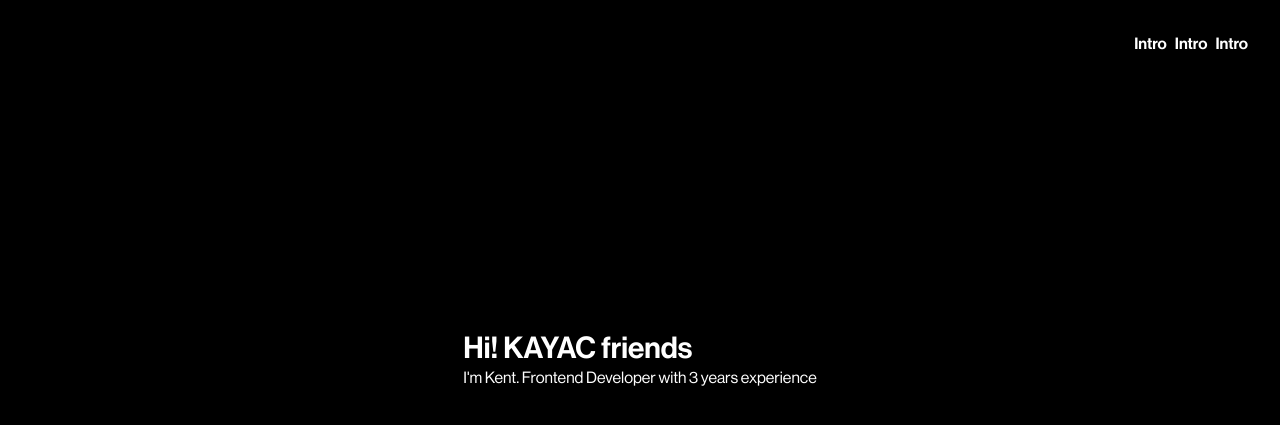
Repository: kentnathaniel/kayac-presentation
Page: /
An editor plug-in stored every save of this project. The page is shown before and after the next save, followed by the edit.
The browser window is 1280 px wide. The pictures show the whole page.
The project was rebuilt for these pictures with package versions that can differ from the ones it lists, and the page was loaded fresh each time. Also part of the build but not shown: vite.config.ts.

Above is the page before, as saved 2024-09-14 09:06:04.

After the next save:
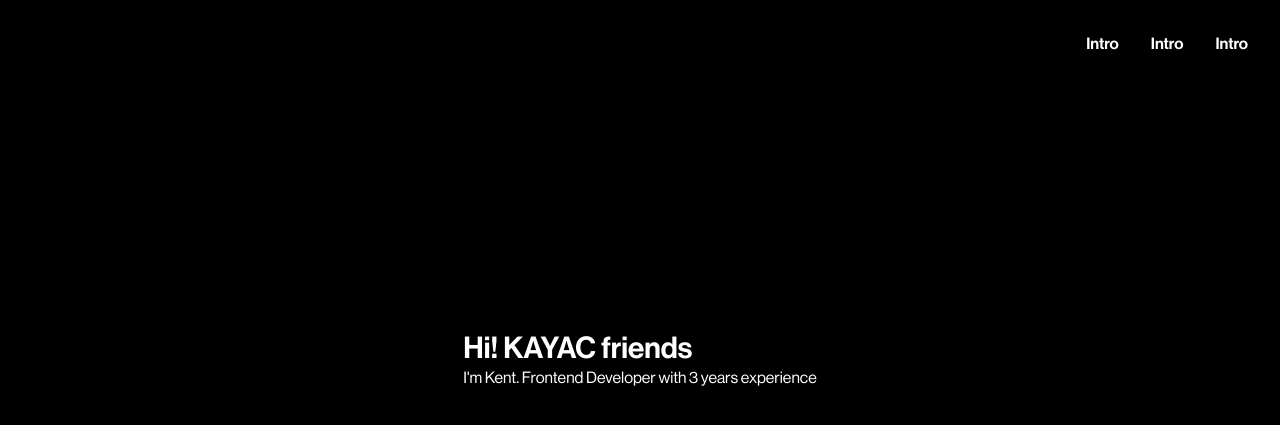
Saved 7 s later.
--- a/src/App.tsx
+++ b/src/App.tsx
@@ -1,7 +1,7 @@
 function App() {
   return (
     <div className="grid w-screen min-h-screen">
-      <div className="flex w-screen fixed top-0 gap-2 p-8 justify-end">
+      <div className="flex w-screen fixed top-0 gap-8 p-8 justify-end">
         <a>Intro</a>
         <a>Intro</a>
         <a>Intro</a>
